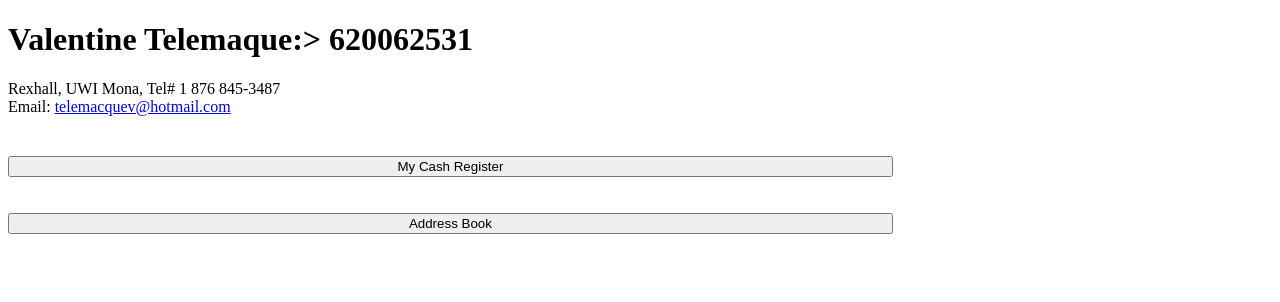
Repository: telemacquev/info2180project1
Page: index.html
The author's editor kept a record of every edit. The page is drawn from the files as they stood at one moment, then again after the next edit.
The browser window is 1280 px wide. The pictures show the whole page.

Above is the page before.

### index.html
<!DOCTYPE html>
<html>
    <head>
        <link type="text/css" rel="stylesheet" href="stylesheet.css"/>
		<title> INFO2180project1</title>

        <script type="text/javascript" src="script01.js" ></script>
        <script type="text/javascript" src="script02.js" ></script>
    </head>
    <body>
    	<div id="heading"> <h1> Valentine Telemaque:> 620062531 </h1> </div>

		<div id="contact"> <p> Rexhall, UWI Mona, Tel# 1 876 845-3487 <br>
		Email: <a href="mailto:telemacquev@hotmai.com?Subject=Interview%20shortlist" target="_top">
		telemacquev@hotmail.com</a> </p> </div>

	<br> <br>



        <input id="heading" type="button" onclick="runMe()" value="My Cash Register">
        <br> <br> <br>
        <input id="heading" type="button" onclick="runMe2()" value="Address Book">
    </body>
</html>

### stylesheet.css

/*
div {
    align-items: flex-start;
}
*/
#heading {
    width:70%;
    height: auto;
}

#contact {
    width: 40%;
    height: 40px;
}


#button01 {
   width: 150px;
   height: 50px;
   background-color: gray;
   color:blue;
   border-radius: 95%;
   border: 2px solid black;
}

#button01:hover {
   background-color: blue;
   color: green;
}


a:hover {
     text-decoration:none;
     background-color:yellow;
     color:#302013;
     font-family: Cursive, Arial;
}

### script01.js
function StaffMember(name,discountPercent){
    this.name = name;
    this.discountPercent = discountPercent;
}

var sally = new StaffMember("Sally",5);
var bob = new StaffMember("Bob",10);

// Create yourself again as 'me' with a staff discount of 20%
var me = new StaffMember("Valentine Telemaque",20);

var cashRegister = {
    total:0,
    lastTransactionAmount: 0,
    add: function(itemCost){
        this.total += (itemCost || 0);
        this.lastTransactionAmount = itemCost;
    },
    scan: function(item,quantity){
        switch (item){
        case "eggs": this.add(0.98 * quantity); break;
        case "milk": this.add(1.23 * quantity); break;
        case "magazine": this.add(4.99 * quantity); break;
        case "chocolate": this.add(0.45 * quantity); break;
        }
        return true;
    },
    voidLastTransaction : function(){
        this.total -= this.lastTransactionAmount;
        this.lastTransactionAmount = 0;
    },
    applyStaffDiscount: function(employee)     { this.total *= ((100 - employee.discountPercent)/100);
    }
};

cashRegister.scan('eggs',1);
cashRegister.scan('milk',1);
cashRegister.scan('magazine',3);
// Apply your staff discount by passing the 'me' object
cashRegister.applyStaffDiscount(me);


function runMe() {
    alert ('Your bill is $'+cashRegister.total.toFixed(2));
}

### script02.js
var bob = {
    firstName: "Bob",
    lastName: "Jones",
    phoneNumber: "(650) 777-7777",
    email: "bob.jones@example.com"
};

var mary = {
    firstName: "Mary",
    lastName: "Johnson",
    phoneNumber: "(650) 888-8888",
    email: "mary.johnson@example.com"
};

var contacts = [bob, mary];

function printPerson(person) {
    alert(person.firstName + " " + person.lastName);
}

function list() {
	var contactsLength = contacts.length;
	for (var i = 0; i < contactsLength; i++) {
		printPerson(contacts[i]);
	}
}

function search(lname) {
	for (var i = 0; i < contacts.length; i++) {
		if (contacts[i].lastName===lname) {
		    printPerson(contacts[i]);
		}
	}
}

function add(firstName, lastName, email, phoneNumber) {
    contacts[contacts.length] = {
    firstName: firstName,
    lastName: lastName,
    phoneNumber: phoneNumber,
    email: email
    };
};


function runMe2() {
    add("Leon","Jones","leon@gmail.com","(845) 848-9585");
    list();
}

After the next edit:
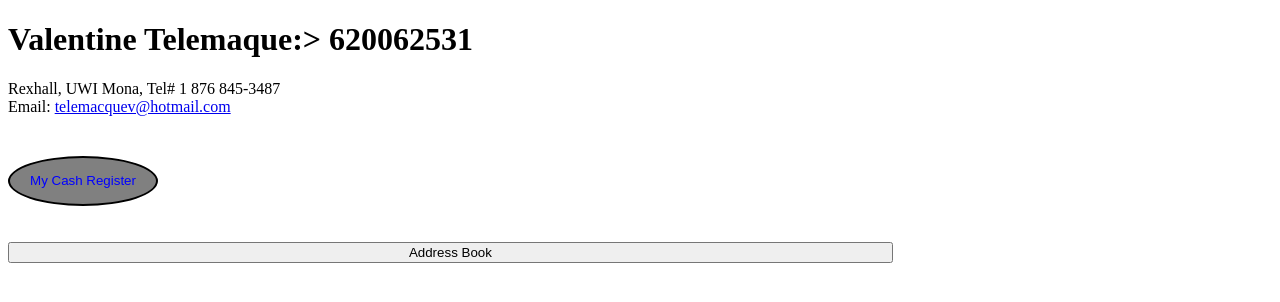
The edit:
--- a/index.html
+++ b/index.html
@@ -18,7 +18,7 @@
 
 
 
-        <input id="heading" type="button" onclick="runMe()" value="My Cash Register">
+        <input id="button01" type="button" onclick="runMe()" value="My Cash Register">
         <br> <br> <br>
         <input id="heading" type="button" onclick="runMe2()" value="Address Book">
     </body>
